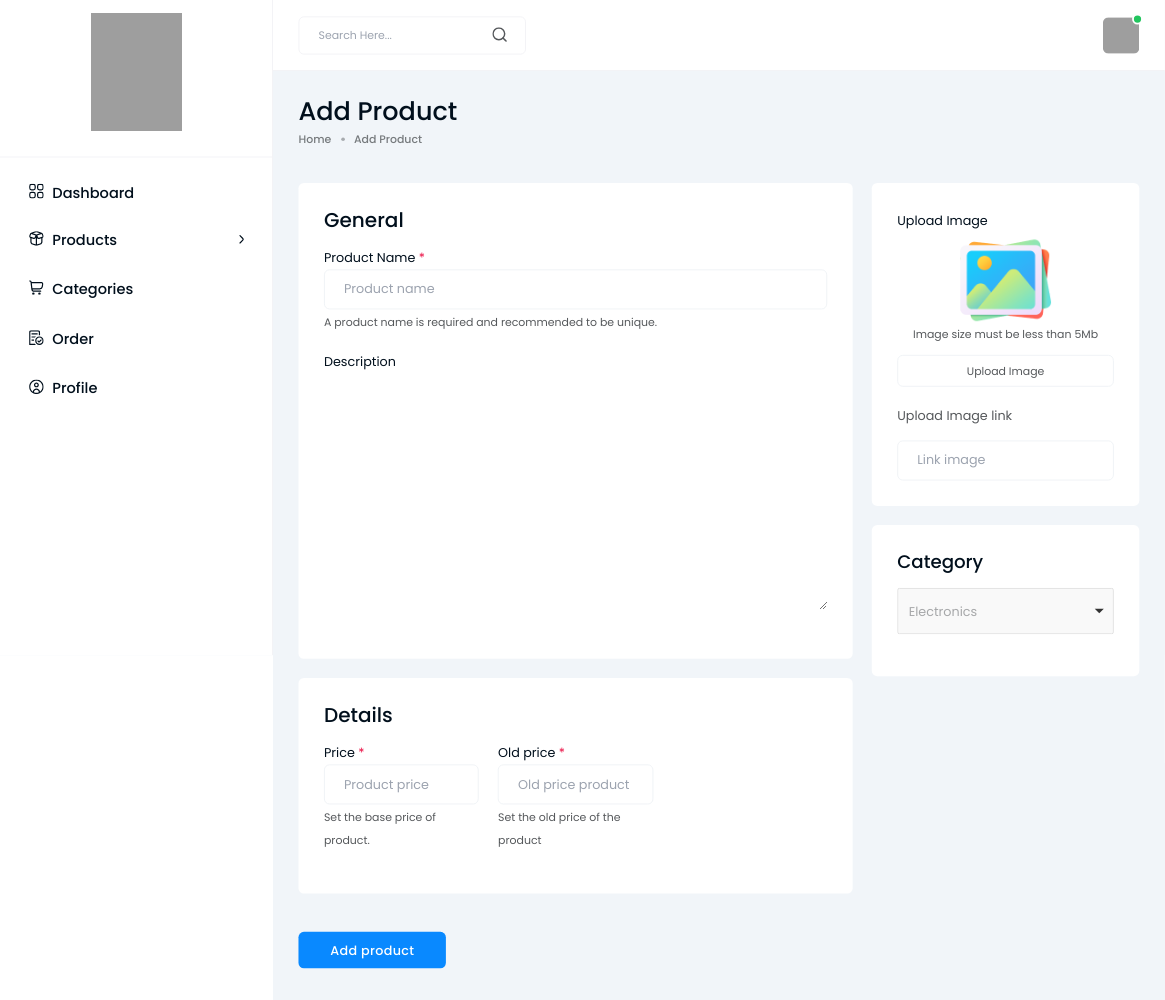
Repository: tienaq123/DuAn_1
Page: http://localhost/Duan1/Admin/add-product.php
An editor plug-in stored every save of this project. The page is shown before and after the next save, followed by the edit.
The browser window is 1280 px wide. The pictures show the whole page, at 91% of full size.
Pictures or frames that could not be fetched are drawn as grey boxes. The page is run by PHP 8.4 with error messages shown; the project is at /var/www/html/.

Above is the page before, as saved 2023-07-21 17:57:59.

### Admin/add-product.php
<?php
require_once('./function.php');
$conn = connectToDatabase();
?>
<!DOCTYPE html>
<html lang="en">
<!-- Mirrored from weblearnbd.net/tphtml/ebazer/add-product.html by HTTrack Website Copier/3.x [XR&CO'2014], Fri, 14 Jul 2023 14:34:45 GMT -->

<head>
  <meta charset="UTF-8" />
  <meta http-equiv="X-UA-Compatible" content="IE=edge" />
  <meta name="viewport" content="width=device-width, initial-scale=1.0" />
  <title>ADMIN Cake</title>
  <link rel="shortcut icon" href="./../Public/img/favicon/favicon.ico" type="image/x-icon" />

  <!-- css links -->
  <link rel="stylesheet" href="assets/css/perfect-scrollbar.css" />
  <link rel="stylesheet" href="assets/css/choices.css" />
  <link rel="stylesheet" href="assets/css/apexcharts.css" />
  <link rel="stylesheet" href="assets/css/quill.css" />
  <link rel="stylesheet" href="assets/css/rangeslider.css" />
  <link rel="stylesheet" href="assets/css/custom.css" />
  <link rel="stylesheet" href="assets/css/main.css" />
</head>

<body>
  <!--  -->
  <div class="tp-main-wrapper bg-slate-100 h-screen" x-data="{ sideMenu: false }">
    <?php
    include '../Template/sideMenu.php'
    ?>

    <div class="fixed top-0 left-0 w-full h-full z-40 bg-black/70 transition-all duration-300" :class="sideMenu ? 'visible opacity-1' : '  invisible opacity-0 '" x-on:click="sideMenu = ! sideMenu"></div>

    <div class="tp-main-content lg:ml-[250px] xl:ml-[300px] w-[calc(100% - 300px)]" x-data="{ searchOverlay: false }">
      <header class="relative z-10 bg-white border-b border-gray border-solid py-5 px-8 pr-8">
        <div class="flex justify-between">
          <div class="flex items-center space-x-6 lg:space-x-0">
            <button type="button" class="block lg:hidden text-2xl text-black" x-on:click="sideMenu = ! sideMenu">
              <svg width="20" height="12" viewBox="0 0 20 12" fill="none" xmlns="http://www.w3.org/2000/svg">
                <path d="M1 1H19" stroke="currentColor" stroke-width="1.5" stroke-linecap="round" />
                <path d="M1 6H19" stroke="currentColor" stroke-width="1.5" stroke-linecap="round" />
                <path d="M1 11H19" stroke="currentColor" stroke-width="1.5" stroke-linecap="round" />
              </svg>
            </button>
            <div class="w-[30%] hidden md:block">
              <form action="#">
                <div class="w-[250px] relative">
                  <input class="input h-12 w-full pr-[45px]" type="text" placeholder="Search Here..." />
                  <button class="absolute top-1/2 right-6 translate-y-[-50%] hover:text-theme">
                    <svg class="-translate-y-[2px]" width="16" height="16" viewBox="0 0 20 20" fill="none" xmlns="http://www.w3.org/2000/svg">
                      <path d="M9 17C13.4183 17 17 13.4183 17 9C17 4.58172 13.4183 1 9 1C4.58172 1 1 4.58172 1 9C1 13.4183 4.58172 17 9 17Z" stroke="currentColor" stroke-width="2" stroke-linecap="round" stroke-linejoin="round"></path>
                      <path d="M18.9999 19L14.6499 14.65" stroke="currentColor" stroke-width="2" stroke-linecap="round" stroke-linejoin="round"></path>
                    </svg>
                  </button>
                </div>
              </form>
            </div>
          </div>

          <div class="flex items-center justify-end space-x-6">
            <div class="md:hidden">
              <button class="relative w-[40px] h-[40px] leading-[40px] rounded-md text-textBody border border-gray hover:bg-themeLight hover:text-theme hover:border-themeLight" x-on:click="searchOverlay = ! searchOverlay">
                <svg class="-translate-y-[2px]" width="16" height="16" viewBox="0 0 20 20" fill="none" xmlns="http://www.w3.org/2000/svg">
                  <path d="M9 17C13.4183 17 17 13.4183 17 9C17 4.58172 13.4183 1 9 1C4.58172 1 1 4.58172 1 9C1 13.4183 4.58172 17 9 17Z" stroke="currentColor" stroke-width="2" stroke-linecap="round" stroke-linejoin="round"></path>
                  <path d="M18.9999 19L14.6499 14.65" stroke="currentColor" stroke-width="2" stroke-linecap="round" stroke-linejoin="round"></path>
                </svg>
              </button>
            </div>

            <div class="relative w-[70%] flex justify-end items-center" x-data="{ userOption: false }">
              <button class="relative" type="button" x-on:click="userOption = ! userOption">
                <img class="w-[40px] h-[40px] rounded-md" src="assets/img/users/user-10.jpg" alt="" />
                <span class="w-[12px] h-[12px] inline-block bg-green-500 rounded-full absolute -top-[4px] -right-[4px] border-[2px] border-white"></span>
              </button>
              <div x-show="userOption" x-on:click.outside="userOption = false" x-transition:enter="transition ease-out duration-200 origin-top" x-transition:enter-start="opacity-0 scale-y-90" x-transition:enter-end="opacity-100 scale-y-100" x-transition:leave="transition ease-in duration-200 origin-top" x-transition:leave-start="opacity-100 scale-y-200" x-transition:leave-end="opacity-0 scale-y-90" class="absolute w-[280px] top-full right-0 shadow-lg rounded-md bg-white py-5 px-5">
                <div class="flex items-center space-x-3 border-b border-gray pb-3 mb-2">
                  <div class="">
                    <img class="w-[50px] h-[50px] rounded-md" src="assets/img/users/user-10.jpg" alt="" />
                  </div>
                  <div class="">
                    <h5 class="text-base mb-1 leading-none">Shahnewaz</h5>
                    <p class="mb-0 text-tiny leading-none">
                      shahnewaz@mail.com
                    </p>
                  </div>
                </div>
                <ul>
                  <li>
                    <a href="index.html" class="px-5 py-2 w-full block hover:bg-gray rounded-md hover:text-theme text-base">Dashboard</a>
                  </li>
                  <li>
                    <a href="profile.html" class="px-5 py-2 w-full block hover:bg-gray rounded-md hover:text-theme text-base">
                      Account Settings
                    </a>
                  </li>
                  <li>
                    <a href="login.html" class="px-5 py-2 w-full block hover:bg-gray rounded-md hover:text-theme text-base">
                      Logout
                    </a>
                  </li>
                </ul>
              </div>
            </div>
          </div>
        </div>

        <!-- search -->
        <div class="fixed top-0 left-0 w-full bg-white p-10 z-50 transition-transform duration-300 md:hidden" :class="searchOverlay ? 'translate-y-[0px]' : ' -translate-y-[230px] lg:translate-y-[0]'">
          <form action="#">
            <div class="relative mb-3">
              <input class="input h-12 w-full pr-[45px]" type="text" placeholder="Search Here..." />
              <button class="absolute top-1/2 right-6 translate-y-[-50%] hover:text-theme">
                <svg class="-translate-y-[2px]" width="16" height="16" viewBox="0 0 20 20" fill="none" xmlns="http://www.w3.org/2000/svg">
                  <path d="M9 17C13.4183 17 17 13.4183 17 9C17 4.58172 13.4183 1 9 1C4.58172 1 1 4.58172 1 9C1 13.4183 4.58172 17 9 17Z" stroke="currentColor" stroke-width="2" stroke-linecap="round" stroke-linejoin="round"></path>
                  <path d="M18.9999 19L14.6499 14.65" stroke="currentColor" stroke-width="2" stroke-linecap="round" stroke-linejoin="round"></path>
                </svg>
              </button>
            </div>
          </form>
          <div class="">
            <span class="text-tiny mr-2">Keywords :</span>
            <a href="#" class="inline-block px-3 py-1 border border-gray6 text-tiny leading-none rounded-[4px] hover:text-white hover:bg-theme hover:border-theme">Customer</a>
            <a href="#" class="inline-block px-3 py-1 border border-gray6 text-tiny leading-none rounded-[4px] hover:text-white hover:bg-theme hover:border-theme">Product</a>
            <a href="#" class="inline-block px-3 py-1 border border-gray6 text-tiny leading-none rounded-[4px] hover:text-white hover:bg-theme hover:border-theme">Orders</a>
          </div>
        </div>
        <div class="fixed top-0 left-0 w-full h-full z-40 bg-black/70 transition-all duration-300" :class="searchOverlay ? 'visible opacity-1' : '  invisible opacity-0 '" x-on:click="searchOverlay = ! searchOverlay"></div>
      </header>

      <div class="body-content px-8 py-8 bg-slate-100">
        <div class="grid grid-cols-12">
          <div class="col-span-12 2xl:col-span-10">
            <div class="flex justify-between mb-10 items-end flex-wrap">
              <div class="page-title mb-6 sm:mb-0">
                <h3 class="mb-0 text-[28px]">Add Product</h3>
                <ul class="text-tiny font-medium flex items-center space-x-3 text-text3">
                  <li class="breadcrumb-item text-muted">
                    <a href="product-list.html" class="text-hover-primary">
                      Home</a>
                  </li>
                  <li class="breadcrumb-item flex items-center">
                    <span class="inline-block bg-text3/60 w-[4px] h-[4px] rounded-full"></span>
                  </li>
                  <li class="breadcrumb-item text-muted">Add Product</li>
                </ul>
              </div>

            </div>
          </div>
        </div>

        <!-- add product -->

        <?php
        // Kiểm tra xem người dùng đã nhấn nút "Add" hay chưa
        if (isset($_POST['add_product'])) {
          // Gọi hàm addProduct để thêm sản phẩm vào database
          addProduct($conn, $_POST);
        }
        ?>
        <div class="grid grid-cols-12">
          <div class="col-span-12 2xl:col-span-10" x-data="{ addProductTab: 1 }">

            <div class="">
              <!-- general tab content -->
              <div class="" x-show="addProductTab === 1">
                <div class="" x-show="addProductTab === 1">
                  <form method="POST">
                    <div class="grid grid-cols-12 gap-6 mb-6">
                      <div class="col-span-12 xl:col-span-8 2xl:col-span-9">
                        <div class="mb-6 bg-white px-8 py-8 rounded-md">
                          <h4 class="text-[22px]">General</h4>
                          <!-- input -->
                          <div class="mb-5">
                            <p class="mb-0 text-base text-black">
                              Product Name <span class="text-red">*</span>
                            </p>
                            <input class="input w-full h-[44px] rounded-md border border-gray6 px-6 text-base" type="text" placeholder="Product name" name="product_name" />
                            <span class="text-tiny">A product name is required and recommended to be
                              unique.</span>
                          </div>
                          <div class="mb-5">
                            <p class="mb-0 text-base text-black">Description</p>
                            <textarea style="width: 100%" name="" id="" cols="30" rows="10" name="description"></textarea>
                          </div>
                        </div>
                        <div class="bg-white px-8 py-8 rounded-md mb-6">
                          <h4 class="text-[22px]">Details</h4>

                          <div class="grid sm:grid-cols-2 lg:grid-cols-2 xl:grid-cols-3 2xl:grid-cols-4 gap-x-6">
                            <div class="mb-5">
                              <p class="mb-0 text-base text-black">
                                Price <span class="text-red">*</span>
                              </p>
                              <input class="input w-full h-[44px] rounded-md border border-gray6 px-6 text-base" type="text" placeholder="Product price" />
                              <span class="text-tiny leading-4">Set the base price of product.</span>
                            </div>
                            <!-- input -->
                            <div class="mb-5">
                              <p class="mb-0 text-base text-black">
                                Old price <span class="text-red">*</span>
                              </p>
                              <input class="input w-full h-[44px] rounded-md border border-gray6 px-6 text-base" type="text" placeholder="Old price product" />
                              <span class="text-tiny leading-4">Set the old price of the product</span>
                            </div>
                          </div>
                        </div>
                      </div>
                      <div class="col-span-12 xl:col-span-4 2xl:col-span-3">
                        <div class="bg-white px-8 py-8 rounded-md mb-6">
                          <p class="mb-2 text-base text-black">Upload Image</p>
                          <div class="text-center">
                            <img class="w-[100px] h-auto mx-auto" src="assets/img/icons/upload.png" alt="" />
                          </div>
                          <span class="text-tiny text-center w-full inline-block mb-3">Image size must be less than
                            5Mb</span>
                          <div class="">
                            <div>
                              <input type="file" id="productImage" class="hidden" />
                              <label for="productImage" class="text-tiny w-full inline-block py-1 px-4 rounded-md border border-gray6 text-center hover:cursor-pointer hover:bg-theme hover:text-white hover:border-theme transition">Upload
                                Image</label>
                            </div>
                          </div>

                          <div>
                            <p class="mt-5">Upload Image link</p>
                            <input class="input w-full h-[44px] rounded-md border border-gray6 px-6 text-base" type="text" placeholder="Link image" />
                          </div>
                        </div>
                        <div class="bg-white px-8 py-8 rounded-md mb-6">
                          <h4 class="mb-5 text-black">Category</h4>
                          <div class=" gap-3 mb-5">
                            <div style="width: 100%" class="category-select select-bordered">
                              <!-- <h5 class=" mb-1">Category</h5> -->
                              <select style="width: 100%">
                                <option value="">Electronics</option>
                                <option value="">Fashion</option>
                                <option value="">Jewellery</option>
                                <option value="">Beauty</option>
                                <option value="">Grocery</option>
                              </select>
                            </div>
                          </div>

                        </div>

                      </div>
                    </div>

                    <button type="submit" name="add_product" class="tp-btn px-10 py-2 mb-2">Add product</button>
                  </form>
                </div>
              </div>
              <!-- general tab content -->
              <div class="" x-show="addProductTab === 2"></div>
            </div>
          </div>
        </div>
      </div>
    </div>
  </div>

  <script src="assets/js/alpine.js"></script>
  <script src="assets/js/perfect-scrollbar.js"></script>
  <script src="assets/js/choices.js"></script>
  <script src="assets/js/chart.js"></script>
  <script src="assets/js/apexchart.js"></script>
  <script src="assets/js/quill.js"></script>
  <script src="assets/js/rangeslider.min.js"></script>
  <script src="assets/js/main.js"></script>
</body>

<!-- Mirrored from weblearnbd.net/tphtml/ebazer/add-product.html by HTTrack Website Copier/3.x [XR&CO'2014], Fri, 14 Jul 2023 14:34:47 GMT -->

</html>

### Admin/function.php
<?php
// Kết nối tới database (có thể chuyển phần kết nối vào một file riêng nếu muốn)
function connectToDatabase()
{
    $servername = "localhost"; // Tên máy chủ MySQL, thường là localhost nếu bạn đang chạy trên cùng máy tính.
    $username = "root"; // Tên người dùng MySQL.
    $password = ""; // Mật khẩu của người dùng MySQL.
    $dbname = "du_an_1"; // Tên cơ sở dữ liệu MySQL mà bạn muốn kết nối.

    // Tạo kết nối
    $conn = mysqli_connect($servername, $username, $password, $dbname);

    // Kiểm tra kết nối
    if (!$conn) {
        die("Kết nối thất bại: " . mysqli_connect_error());
    }

    return $conn;
}

// Hàm hiển thị danh sách sản phẩm
function displayProducts($conn)
{
    $sql = "SELECT * FROM Product";
    $result = mysqli_query($conn, $sql);

    // Xử lý dữ liệu và hiển thị sản phẩm
    // ...
}

// Hàm thêm sản phẩm mới
function addProduct($conn, $productData)

{
    // Trích xuất thông tin sản phẩm từ dữ liệu post (gửi từ form)
    $title = $productData['product_name'];
    $description = $productData['description'];
    $price = $productData['price'];
    $old_price = $productData['old_price'];
    $category_id = $productData['category'];
    // Thêm trường created_at vào dữ liệu post
    $created_at = date('Y-m-d H:i:s'); // Lấy thời gian hiện tại
    $productData['created_at'] = $created_at;

    // Chuẩn bị truy vấn SQL để thêm sản phẩm vào bảng Product
    $sql = "INSERT INTO Product (title, description, price, old_price, category_id, created_at)
            VALUES ('$title', '$description', $price, $old_price, $category_id, '$created_at')";

    // Thực thi truy vấn
    if (mysqli_query($conn, $sql)) {
        // Nếu thêm thành công, bạn có thể thêm mã xử lý để hiển thị thông báo hoặc chuyển hướng người dùng
        echo "Thêm sản phẩm thành công!";
        // Hoặc chuyển hướng về trang danh sách sản phẩm sau khi thêm thành công
        // header("Location: http://localhost/Duan1/Admin/product.php");
    } else {
        // Nếu có lỗi xảy ra trong quá trình thêm, bạn có thể hiển thị thông báo hoặc xử lý lỗi ở đây
        echo "Lỗi: " . mysqli_error($conn);
    }
}

// Hàm sửa thông tin sản phẩm
function editProduct($conn, $product_id, $category_id, $title, $price, $old_price, $thumbnail, $description)
{
    $sql = "UPDATE Product SET category_id='$category_id', title='$title', price='$price', old_price='$old_price',
            thumbnail='$thumbnail', description='$description' WHERE id='$product_id'";

    if (mysqli_query($conn, $sql)) {
        // Sửa thành công
        return true;
    } else {
        // Có lỗi xảy ra
        return false;
    }
}

// Hàm xóa sản phẩm
function deleteProduct($conn, $product_id)
{
    $sql = "DELETE FROM Product WHERE id = $product_id";

    if (mysqli_query($conn, $sql)) {
        // Xóa thành công
        return true;
    } else {
        // Có lỗi xảy ra
        return false;
    }
}

// Các chức năng khác (nếu cần)

### Admin/assets/css/perfect-scrollbar.css
/*
 * Container style
 */
.ps {
  overflow: hidden !important;
  overflow-anchor: none;
  -ms-overflow-style: none;
  touch-action: auto;
  -ms-touch-action: auto;
}

/*
 * Scrollbar rail styles
 */
.ps__rail-x {
  display: none;
  opacity: 0;
  transition: background-color .2s linear, opacity .2s linear;
  -webkit-transition: background-color .2s linear, opacity .2s linear;
  height: 15px;
  /* there must be 'bottom' or 'top' for ps__rail-x */
  bottom: 0px;
  /* please don't change 'position' */
  position: absolute;
}

.ps__rail-y {
  display: none;
  opacity: 0;
  transition: background-color .2s linear, opacity .2s linear;
  -webkit-transition: background-color .2s linear, opacity .2s linear;
  width: 15px;
  /* there must be 'right' or 'left' for ps__rail-y */
  right: 0;
  /* please don't change 'position' */
  position: absolute;
}

.ps--active-x > .ps__rail-x,
.ps--active-y > .ps__rail-y {
  display: block;
  background-color: transparent;
}

.ps:hover > .ps__rail-x,
.ps:hover > .ps__rail-y,
.ps--focus > .ps__rail-x,
.ps--focus > .ps__rail-y,
.ps--scrolling-x > .ps__rail-x,
.ps--scrolling-y > .ps__rail-y {
  opacity: 0.6;
}

.ps .ps__rail-x:hover,
.ps .ps__rail-y:hover,
.ps .ps__rail-x:focus,
.ps .ps__rail-y:focus,
.ps .ps__rail-x.ps--clicking,
.ps .ps__rail-y.ps--clicking {
  background-color: #eee;
  opacity: 0.9;
}

/*
 * Scrollbar thumb styles
 */
.ps__thumb-x {
  background-color: #aaa;
  border-radius: 6px;
  transition: background-color .2s linear, height .2s ease-in-out;
  -webkit-transition: background-color .2s linear, height .2s ease-in-out;
  height: 6px;
  /* there must be 'bottom' for ps__thumb-x */
  bottom: 2px;
  /* please don't change 'position' */
  position: absolute;
}

.ps__thumb-y {
  background-color: #aaa;
  border-radius: 6px;
  transition: background-color .2s linear, width .2s ease-in-out;
  -webkit-transition: background-color .2s linear, width .2s ease-in-out;
  width: 6px;
  /* there must be 'right' for ps__thumb-y */
  right: 2px;
  /* please don't change 'position' */
  position: absolute;
}

.ps__rail-x:hover > .ps__thumb-x,
.ps__rail-x:focus > .ps__thumb-x,
.ps__rail-x.ps--clicking .ps__thumb-x {
  background-color: #999;
  height: 11px;
}

.ps__rail-y:hover > .ps__thumb-y,
.ps__rail-y:focus > .ps__thumb-y,
.ps__rail-y.ps--clicking .ps__thumb-y {
  background-color: #999;
  width: 11px;
}

/* MS supports */
@supports (-ms-overflow-style: none) {
  .ps {
    overflow: auto !important;
  }
}

@media screen and (-ms-high-contrast: active), (-ms-high-contrast: none) {
  .ps {
    overflow: auto !important;
  }
}

Loaded but not shown: Admin/assets/css/choices.css (library); Admin/assets/js/alpine.js (library); Admin/assets/js/choices.js (library); Admin/assets/js/chart.js (library); Admin/assets/js/apexchart.js (library); Admin/assets/js/quill.js (library); Admin/assets/js/rangeslider.min.js (library); Admin/assets/js/perfect-scrollbar.js (1348 lines, source omitted); Admin/assets/js/main.js (724 lines, source omitted); Admin/assets/css/main.css (2953 lines, source omitted); Admin/assets/css/quill.css (1108 lines, source omitted); Admin/assets/css/apexcharts.css (581 lines, source omitted); Template/sideMenu.php (111 lines, source omitted); Admin/assets/css/rangeslider.css (221 lines, source omitted); Public/css/custom.css (no copy from this time; the picture is the same without it)

After the next save:
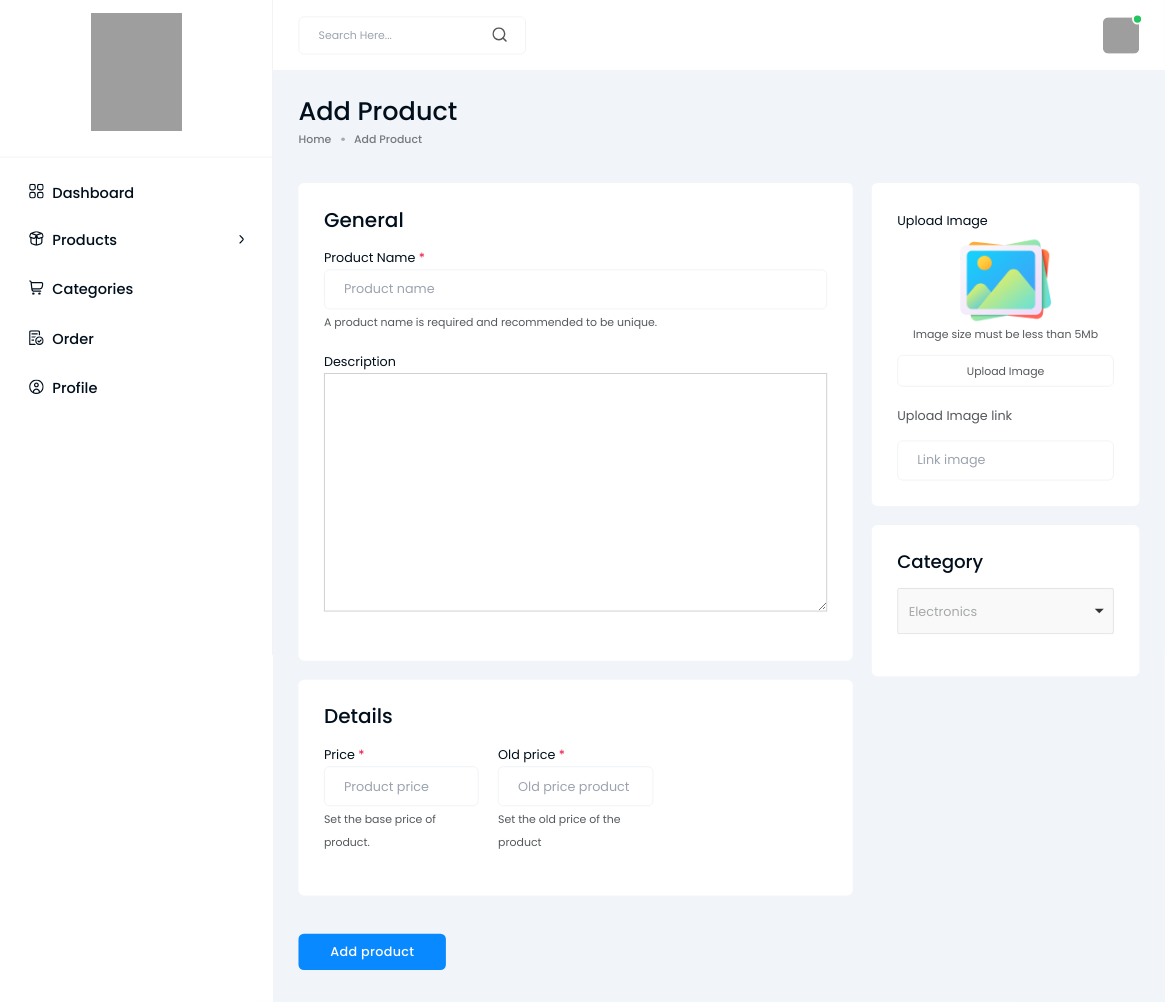
Saved 21 s later.
--- a/Admin/add-product.php
+++ b/Admin/add-product.php
@@ -182,7 +182,7 @@ $conn = connectToDatabase();
                           </div>
                           <div class="mb-5">
                             <p class="mb-0 text-base text-black">Description</p>
-                            <textarea style="width: 100%" name="" id="" cols="30" rows="10" name="description"></textarea>
+                            <textarea style="width: 100%; border: 1px solid #ccc" name="" id="" cols="30" rows="10" name="description"></textarea>
                           </div>
                         </div>
                         <div class="bg-white px-8 py-8 rounded-md mb-6">
